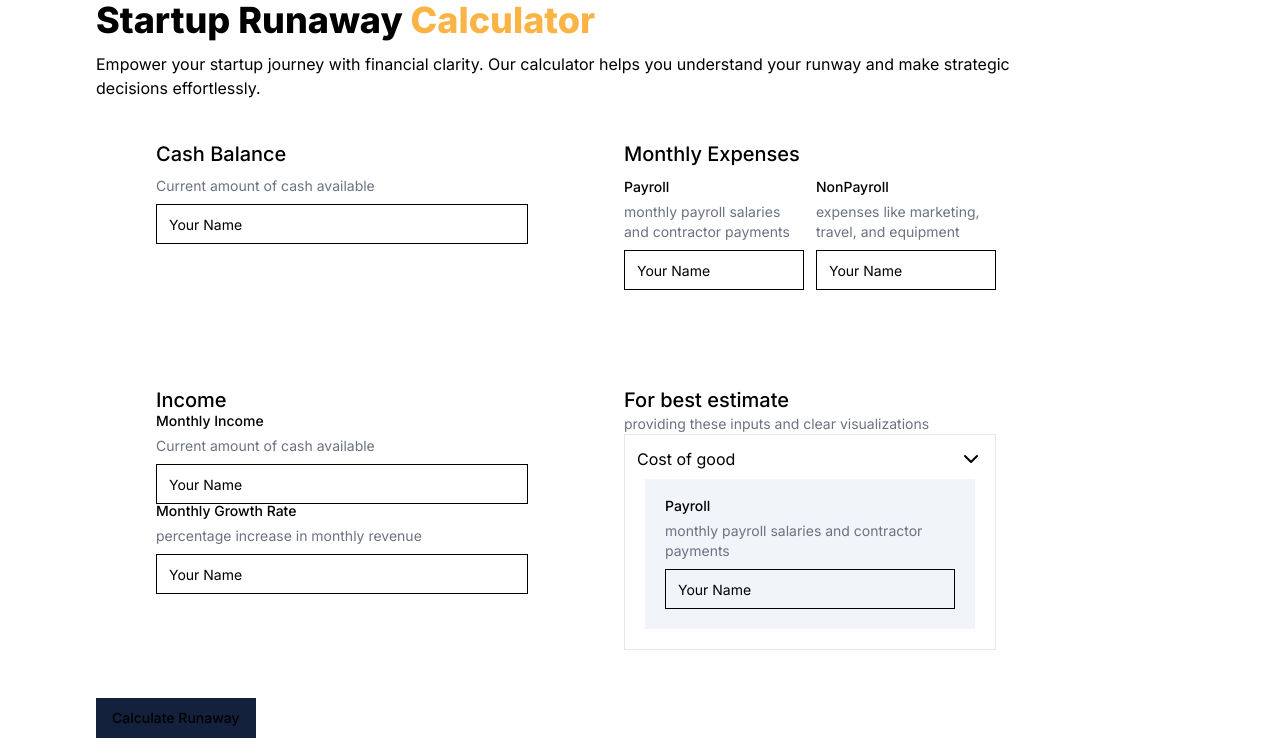
Repository: wossenF/startup-runaway-calculator
Page: /
An editor plug-in stored every save of this project. The page is shown before and after the next save, followed by the edit.
The browser window is 1280 px wide. The pictures show the whole page.
The project was rebuilt for these pictures with package versions that can differ from the ones it lists, and the page was loaded fresh each time. The framework's server and built-in components were replaced by stand-ins that run in the browser. Also part of the build but not shown: next.config.mjs.

Above is the page before, as saved 2024-04-08 14:12:21.

### src/app/page.tsx
import UserInput from "../components/UserInput";
import {Button} from '../components/ui/button'
export default function Home() {
  return (
    <main className="ml-24 w-3/4 mx-auto">
      <h1 className="font-extrabold text-4xl">Startup Runaway <span className="text-[#FAB446]">Calculator</span></h1>
      <p className="mx-auto max-w-screen-md lg:max-w-screen-lg xl:max-w-screen-xl p-3 pl-0">Empower your startup journey with financial clarity. Our calculator  helps you understand your runway and make strategic decisions  effortlessly.</p>
      <UserInput/>
      <Button className="mb-4">Calculate Runaway</Button>
    </main>
  );
}

### src/components/UserInput.tsx
"use client";
import { Input } from "./ui/input";
import { Label } from "./ui/label";
import { ChevronDown } from "lucide-react";
import { Button } from "./ui/button";
const UserInput = () => {
  return (
    <>
      <div className="container grid grid-cols-1 lg:grid-cols-2 gap-10 pb-5">
        <div className="bg-secondary/50 rounded-lg p-7  ">
          <form className="grid gap-2">
            <Label className="font-medium text-xl">Cash Balance</Label>
            <p className="text-gray-500 text-sm ">
              Current amount of cash available
            </p>
            <Input name="name" placeholder="Your Name" />
          </form>
        </div>

        <div className=" bg-secondary/50 rounded-lg p-7  grid gap-2">
          <Label className="font-medium text-xl">Monthly Expenses</Label>
          <div className="grid grid-cols-2 gap-3 pt-1">
            <div>
              <form className="grid gap-2">
                <Label className="">Payroll</Label>
                <p className="text-gray-500 text-sm ">
                  monthly payroll salaries and contractor payments
                </p>
                <Input name="name" placeholder="Your Name" />
              </form>
            </div>
            <div>
              <form className="grid gap-2">
                <Label className="">NonPayroll</Label>
                <p className="text-gray-500 text-sm ">
                  expenses like marketing, travel, and equipment
                </p>
                <Input name="name" placeholder="Your Name" />
              </form>
            </div>
          </div>
        </div>

        <div className=" bg-secondary/50 rounded-lg p-7">
          <Label className="font-medium text-xl">Income</Label>

          <form className="grid gap-2">
            <Label className="">Monthly Income</Label>
            <p className="text-gray-500 text-sm ">
              Current amount of cash available
            </p>
            <Input name="name" placeholder="Your Name" />
          </form>

          <form className="grid gap-2">
            <Label className="">Monthly Growth Rate</Label>
            <p className="text-gray-500 text-sm ">
              percentage increase in monthly revenue
            </p>
            <Input name="name" placeholder="Your Name" />
          </form>
        </div>

        {/* optional parameters */}
        <div className="bg-secondary/50 rounded-lg p-7  ">
          <Label className="font-medium text-xl">For best estimate</Label>
          <p className="text-gray-500 text-sm ">
            providing these inputs and clear visualizations
          </p>
          {/* cost of goods input area */}
          <div className="p-3 gap-20 border rounded-md  ">
            <div className="flex justify-between ">
              <p>Cost of good </p>
              <ChevronDown />
            </div>

            <div className=" p-5 bg-slate-100 m-2">
              <form className="grid gap-2">
                <Label className="">Payroll</Label>
                <p className="text-gray-500 text-sm ">
                  monthly payroll salaries and contractor payments
                </p>
                <Input name="name" placeholder="Your Name" />
              </form>
            </div>
          </div>
        </div>
      </div>
    </>
  );
};

export default UserInput;

### src/components/ui/button.tsx
import * as React from "react"
import { Slot } from "@radix-ui/react-slot"
import { cva, type VariantProps } from "class-variance-authority"

import { cn } from "@/lib/utils"

const buttonVariants = cva(
  "inline-flex items-center justify-center whitespace-nowrap text-sm font-medium ring-offset-background transition-colors focus-visible:outline-none focus-visible:ring-2 focus-visible:ring-ring focus-visible:ring-offset-2 disabled:pointer-events-none disabled:opacity-50",
  {
    variants: {
      variant: {
        default: "bg-[#13213C] text-primary-foreground hover:bg-primary/90",
        destructive:
          "bg-destructive text-destructive-foreground hover:bg-destructive/90",
        outline:
          "border border-input bg-background hover:bg-accent hover:text-accent-foreground",
        secondary:
          "bg-secondary text-secondary-foreground hover:bg-secondary/80",
        ghost: "hover:bg-accent hover:text-accent-foreground",
        link: "text-primary underline-offset-4 hover:underline",
      },
      size: {
        default: "h-10 px-4 py-2",
        sm: "h-9 rounded-md px-3",
        lg: "h-11 rounded-md px-8",
        icon: "h-10 w-10",
      },
    },
    defaultVariants: {
      variant: "default",
      size: "default",
    },
  }
)

export interface ButtonProps
  extends React.ButtonHTMLAttributes<HTMLButtonElement>,
    VariantProps<typeof buttonVariants> {
  asChild?: boolean
}

const Button = React.forwardRef<HTMLButtonElement, ButtonProps>(
  ({ className, variant, size, asChild = false, ...props }, ref) => {
    const Comp = asChild ? Slot : "button"
    return (
      <Comp
        className={cn(buttonVariants({ variant, size, className }))}
        ref={ref}
        {...props}
      />
    )
  }
)
Button.displayName = "Button"

export { Button, buttonVariants }

### src/components/ui/input.tsx
import * as React from "react"

import { cn } from "@/lib/utils"

export interface InputProps
  extends React.InputHTMLAttributes<HTMLInputElement> {}

const Input = React.forwardRef<HTMLInputElement, InputProps>(
  ({ className, type, ...props }, ref) => {
    return (
      <input
        type={type}
        className={cn(
          "flex h-10 w-full rounded-md border border-input bg-background px-3 py-2 text-sm ring-offset-background file:border-0 file:bg-transparent file:text-sm file:font-medium placeholder:text-muted-foreground focus-visible:outline-none focus-visible:ring-2 focus-visible:ring-ring focus-visible:ring-offset-2 disabled:cursor-not-allowed disabled:opacity-50",
          className
        )}
        ref={ref}
        {...props}
      />
    )
  }
)
Input.displayName = "Input"

export { Input }

### src/components/ui/label.tsx
"use client"

import * as React from "react"
import * as LabelPrimitive from "@radix-ui/react-label"
import { cva, type VariantProps } from "class-variance-authority"

import { cn } from "@/lib/utils"

const labelVariants = cva(
  "text-sm font-medium leading-none peer-disabled:cursor-not-allowed peer-disabled:opacity-70"
)

const Label = React.forwardRef<
  React.ElementRef<typeof LabelPrimitive.Root>,
  React.ComponentPropsWithoutRef<typeof LabelPrimitive.Root> &
    VariantProps<typeof labelVariants>
>(({ className, ...props }, ref) => (
  <LabelPrimitive.Root
    ref={ref}
    className={cn(labelVariants(), className)}
    {...props}
  />
))
Label.displayName = LabelPrimitive.Root.displayName

export { Label }

Loaded but not shown: src/app/layout.tsx (common file); src/app/globals.css (common file); src/lib/utils.ts (common file); tailwind.config.ts (common file)

After the next save:
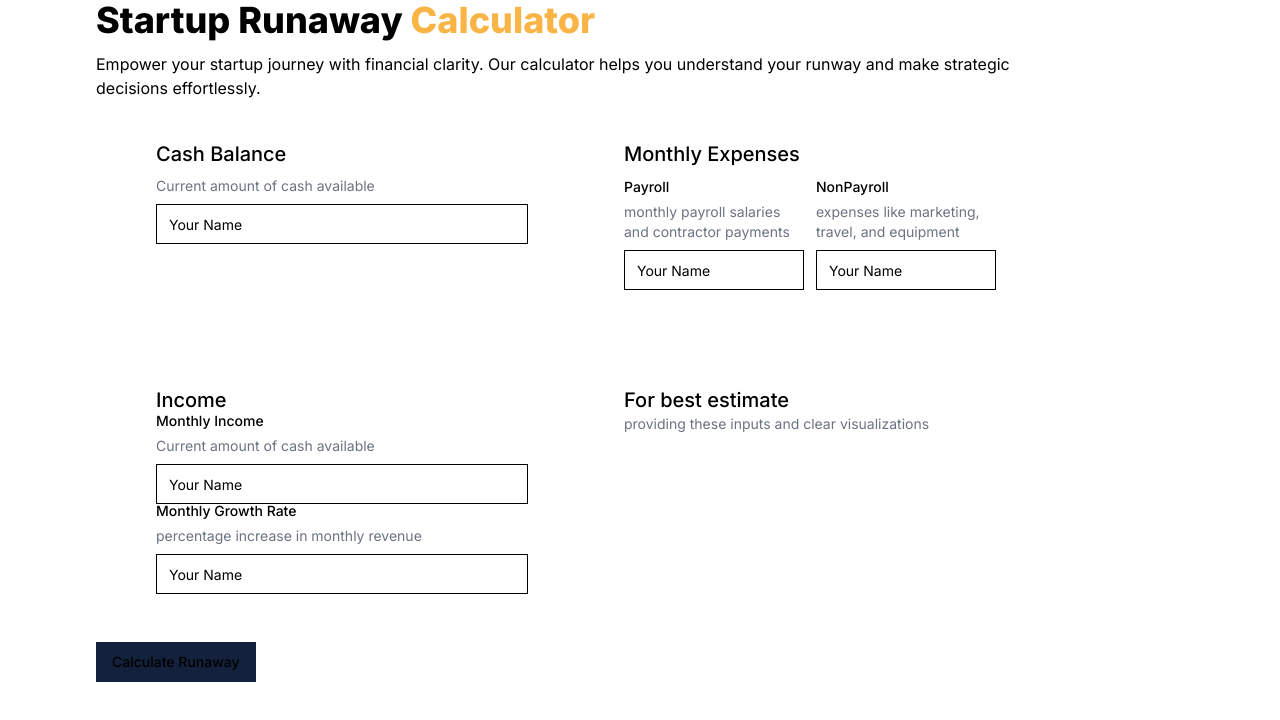
Saved 5 s later.
--- a/src/components/UserInput.tsx
+++ b/src/components/UserInput.tsx
@@ -68,22 +68,8 @@
             providing these inputs and clear visualizations
           </p>
           {/* cost of goods input area */}
-          <div className="p-3 gap-20 border rounded-md  ">
-            <div className="flex justify-between ">
-              <p>Cost of good </p>
-              <ChevronDown />
-            </div>
 
-            <div className=" p-5 bg-slate-100 m-2">
-              <form className="grid gap-2">
-                <Label className="">Payroll</Label>
-                <p className="text-gray-500 text-sm ">
-                  monthly payroll salaries and contractor payments
-                </p>
-                <Input name="name" placeholder="Your Name" />
-              </form>
-            </div>
-          </div>
+
         </div>
       </div>
     </>

After the 4 saves that followed:
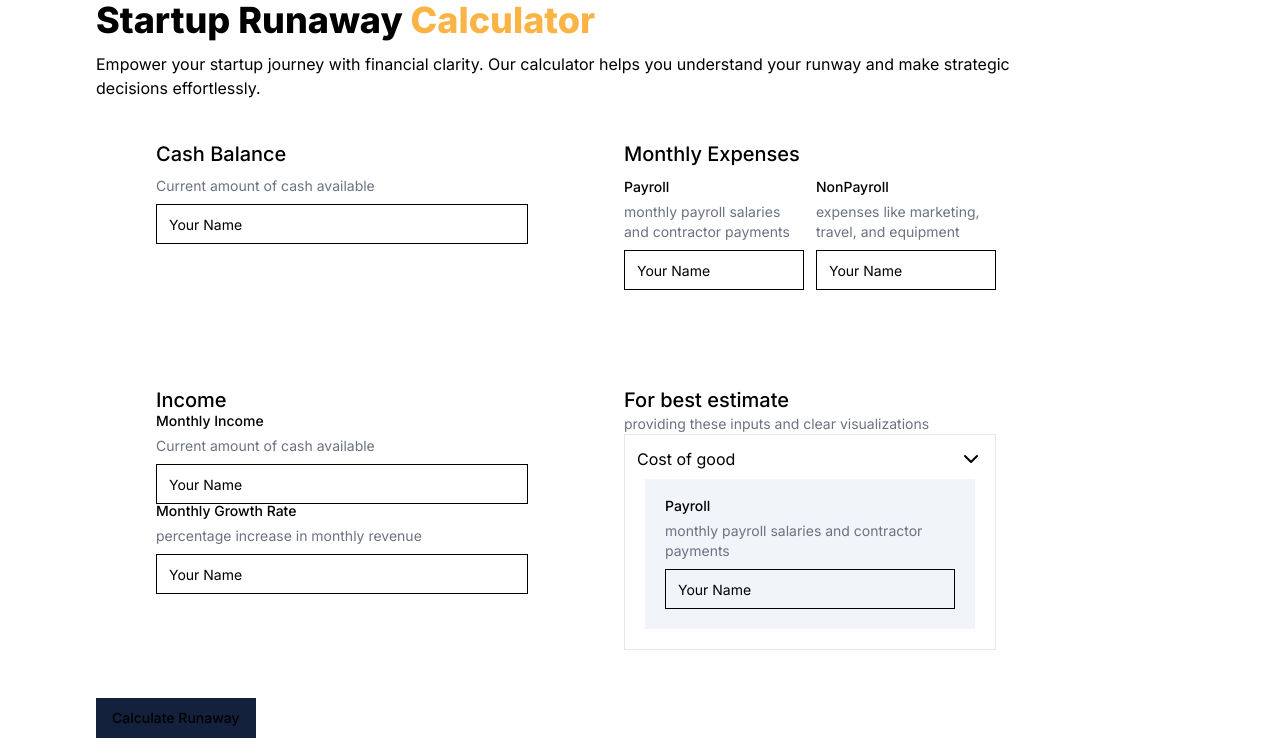
The 4 saves are shown as one change because 1 left the picture as it was and some came seconds apart.
The last was saved 12 s later.
--- a/src/components/UserInput.tsx
+++ b/src/components/UserInput.tsx
@@ -69,7 +69,23 @@
           </p>
           {/* cost of goods input area */}
 
+          {/*  income growth rate chart */}
+          <div className="p-3 gap-20 border rounded-md  ">
+            <div className="flex justify-between ">
+              <p>Cost of good </p>
+              <ChevronDown />
+            </div>
 
+            <div className=" p-5 bg-slate-100 m-2">
+              <form className="grid gap-2">
+                <Label className="">Payroll</Label>
+                <p className="text-gray-500 text-sm ">
+                  monthly payroll salaries and contractor payments
+                </p>
+                <Input name="name" placeholder="Your Name" />
+              </form>
+            </div>
+          </div>
         </div>
       </div>
     </>
